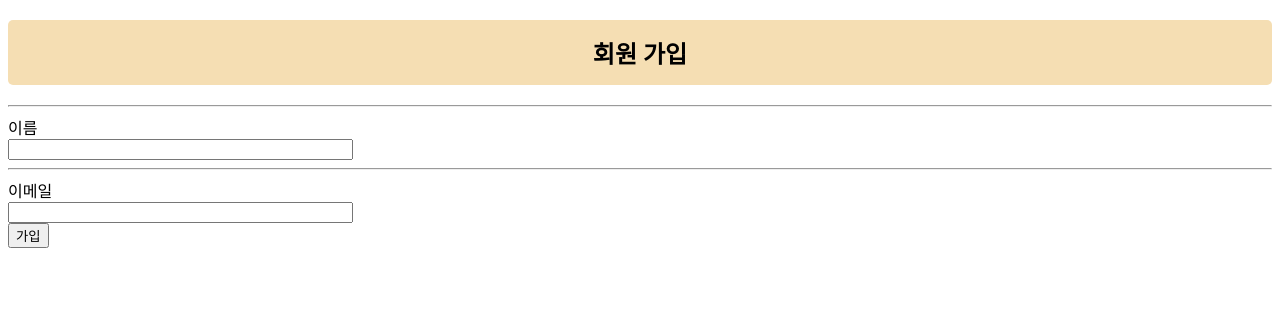
Repository: gold9387/jwbook
Page: jwbook/src/main/webapp/ch03/regform.html
These files come from the project's save history. The page is drawn as it stood at one moment and after a run of saves; the edit follows.
The browser window is 1280 px wide. The pictures show the whole page.

Above is the page before, as saved 2023-06-05 11:24:10.

### jwbook/src/main/webapp/ch03/regform.html
<!DOCTYPE html>
<html>
<head>
<meta charset="UTF-8">
<title>회원 가입 폼 만들기 예제</title>
<style>
h2 {
	border-radius: 5px;
	background-color: wheat;
	text-align: center;
	padding: 15px 0;
}
</style>
</head>
<body>
	<h2>회원 가입</h2>
	<hr />
	<div id="regform">
		<form name="form1">
			<label>이름</label><br /> <input type="text" name="name" size="40" /><br />
			<hr />
			<label>이메일</label><br /> <input type="text" name="email" size="40" /><br />
			<button type="button" onClick="signUp()">가입</button>
		</form>
	</div>
</body>
</html>

After the next 2 saves:
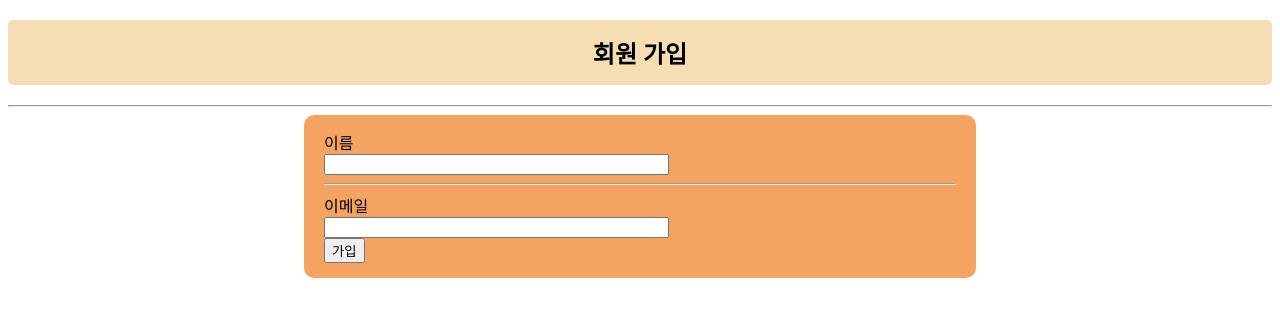
The 2 saves are shown as one change because they came seconds apart.
The last was saved 92 s later.
--- a/jwbook/src/main/webapp/ch03/regform.html
+++ b/jwbook/src/main/webapp/ch03/regform.html
@@ -9,6 +9,14 @@ h2 {
 	background-color: wheat;
 	text-align: center;
 	padding: 15px 0;
+}
+
+#regform {
+	padding: 15px 20px;
+	border-radius: 10px;
+	margin: auto;
+	width: 50%;
+	background-color: SandyBrown;
 }
 </style>
 </head>
